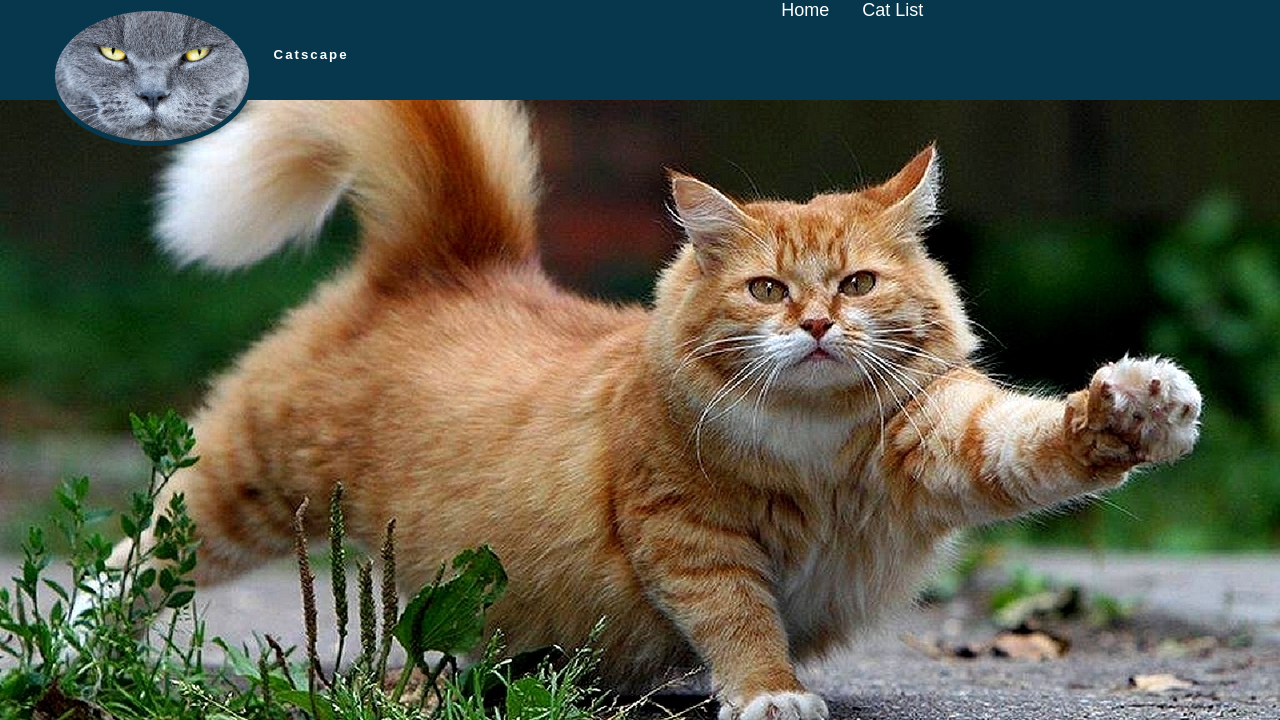
Repository: Jeith/node-exercises
Page: http://localhost/
The author's editor kept a copy of each file at every save. The page is drawn from the files as they stood at one save, then again after the next save.
The browser window is 1280 px wide. The pictures show the whole page.
The page is served by the project's Node server (app.js).

Above is the page before, as saved 2018-08-15 20:02:44.

### node_project/views/pages/index.ejs
<!DOCTYPE html>
<html lang="en">
<head>
    <meta charset="UTF-8">
    <meta name="viewport" content="width=device-width, initial-scale=1.0">
    <meta http-equiv="X-UA-Compatible" content="ie=edge">
    <style>
       body{
            margin: 0 0 0 0;
            background-size: cover;
            background-position: center;
            background-image: url('/images/indexbg.jpg');
            background-repeat: no-repeat;
            background-attachment: fixed;
        }
        a{
            color: white;
            text-decoration: none;
            vertical-align: middle;
            font-size: 18px;
            font-family: Arial, Helvetica, sans-serif;
            margin-right: 33px;
            top: 70px;
        }

        a:hover{
            color: #A1CD3A;
        }

        .name{
            margin-top: 300px;
            text-align: center;
            margin-left: 30%;
            margin-right: 30%;
            background-color: rgba(7, 55, 77, .5);
            align-content: center;
        }
        .name h1{
            font-size: 75px;
            color: #A1CD3A;
            font-family: Helvetica, arial, sans-serif;
            font-weight: 700;
            line-height: 75px;
        }

        .name h2{
            font-size: 30px;
            color: white;
            font-family: Helvetica, arial, sans-serif;
            font-weight: 500;
        }
    </style>
    <title>Document</title>
</head>
<body>
        <% include ../partials/header.ejs %>
</body>
</html>

### node_project/views/partials/header.ejs
<header style="background-color: #07374D; height: 100px; display: flex; flex-direction: row; justify-content: space-between; flex-wrap: nowrap; width: 100%; z-index: 5; position: fixed;">
    <div style="display: flex; flex-direction: row;">
        <img src=<%= "/images/" + cat[id].photos[0] %> style="border: 5px solid #07374D; height: 130px; border-radius: 50%; margin-top:6px; margin-left: 50px; z-index: 5;">
        <div style="margin-top: 25px; color: white; vertical-align: center; width: 250px; font-family: 'Carme', Arial, Helvetica, sans-serif; margin-left: 20px;">
            <h5 style="letter-spacing: 2px;"><%= cat[id].name %></h5>
        </div>
    </div>
    <div style="display: flex; flex-direction: row; justify-content: flex-end;">
        <a href="http://localhost:8000/">Home</a>
        <a href="http://localhost:8000/catlist">Cat List</a>
        <a href=<%= "http://localhost:8000/cats/" + rand %>Random Cat</a>
    </div>
</header>

### node_project/app.js
let express = require('express');
let app = express();
let router = express.Router();
let data = require('./data/data.json');

app.set('view engine', 'ejs');
app.set('appData', data);

app.locals.siteTitle = "Cat Breeds"

app.use(express.static('public'));

app.get("/", (req, res, next) => {
    let dataFile = req.app.get("appData");
    var cat = data.breeds
    res.render('pages/index', {
        rand: Math.floor(Math.random * 2),
        cat: dataFile.breeds,
        id: 3
    });
});

app.get("/cats/:breedID", (req, res, next) => {
    var catId = req.params.breedID
    var cat = data.breeds
    console.log(catId)

    res.render('pages/cats', {
        cat: data.breeds,
        id: catId
    });
});

app.get("/catlist", (req, res, next) => {
    let dataFile = req.app.get("appData");
    var cat = data.breeds
    res.render('pages/catlist', {
        cat: dataFile.breeds,
        id: 3
    });
});

module.exports = router;

app.listen(8000, function () {
    console.log('Listening on port 8000');
});

### node_project/data/data.json
{
   "breeds":[
      {
         "name":"Persian",
         "imagename": "persian",
         "summary":"The Persian cat is a long-haired breed of cat characterized by its round face and short muzzle. It is also known as the Persian Longhair in the English-speaking countries.",
         "description":"<p>The Persian is the most popular pedigreed cat in North America, if not the world. He first came into vogue during the Victorian era, but he existed long before then. Little is known about his early history, though.  The Persian comes in two types: show and traditional. The show Persian has a round head enhanced with a thick ruff, small ears, a flat nose, big round copper eyes, a broad, short body with heavy boning atop short tree-trunk legs, and a thick, flowing plume of a tail. The traditional Persian, also known as the Doll Face, does not have the extreme features of the show Persian, and his nose is a normal length, giving him a sweet expression. Both types have a long, glamorous coat that comes in many colors and patterns, and both share the same wonderful personality.</p>",
         "photos":[
            "persian_01.jpg",
            "persian_02.jpg",
            "persian_03.jpg",
            "persian_04.jpg"
         ]
      },
      {
         "name":"Sphynx",
         "imagename": "sphynx",
         "summary":"The Sphynx cat is a breed of cat known for its lack of coat. It was developed through selective breeding, starting in the 1960s. The skin should have the texture of chamois, as it has fine hairs.",
         "description":"<p>The Sphynx cat is a breed of cat known for its lack of coat (fur). It was developed through selective breeding, starting in the 1960s. The skin should have the texture of chamois, as it has fine hairs. Whiskers may be present, either whole or broken, or may be totally absent. Their skin is the color that their fur would be, and all the usual cat markings (solid, point, van, tabby, tortie, etc.) may be found on the Sphynx cat's skin. Because they have no coat, they lose more body heat than coated cats. This makes them warm to the touch as well as heat-seeking.</p>",
         "photos":[
            "sphynx_01.jpg",
            "sphynx_02.jpg",
            "sphynx_03.jpg",
            "sphynx_04.jpg"
         ]
      },
      {
         "name":"Selkirk Rex",
         "imagename": "selkirk",
         "summary":"The Selkirk Rex is a breed of cat with highly curled hair.",
         "description":"<p>The Selkirk Rex is gentle and sociable. He is affectionate and likes to cuddle, making him a good choice for families with older children, other pets or frequent guests. Assuming he was well socialized as a kitten, he can be a good traveler and can make an excellent therapy cat. The Selkirk is by no means a couch potato, but he is more restful to live with than the Cornish or Devon Rex.</p>",
         "photos":[
            "selkirk_01.jpg",
            "selkirk_02.jpg",
            "selkirk_03.jpg",
            "selkirk_04.jpg"
         ]
      },
      {
      "name":"Catscape",
      "imagename": "persian",
      "summary":"The Persian cat is a long-haired breed of cat characterized by its round face and short muzzle. It is also known as the Persian Longhair in the English-speaking countries.",
      "description":"<p>The Persian is the most popular pedigreed cat in North America, if not the world. He first came into vogue during the Victorian era, but he existed long before then. Little is known about his early history, though.  The Persian comes in two types: show and traditional. The show Persian has a round head enhanced with a thick ruff, small ears, a flat nose, big round copper eyes, a broad, short body with heavy boning atop short tree-trunk legs, and a thick, flowing plume of a tail. The traditional Persian, also known as the Doll Face, does not have the extreme features of the show Persian, and his nose is a normal length, giving him a sweet expression. Both types have a long, glamorous coat that comes in many colors and patterns, and both share the same wonderful personality.</p>",
      "photos":[
         "background.jpg",
         "persian_02.jpg",
         "persian_03.jpg",
         "persian_04.jpg"
      ]
   }
]
}

After the next save:
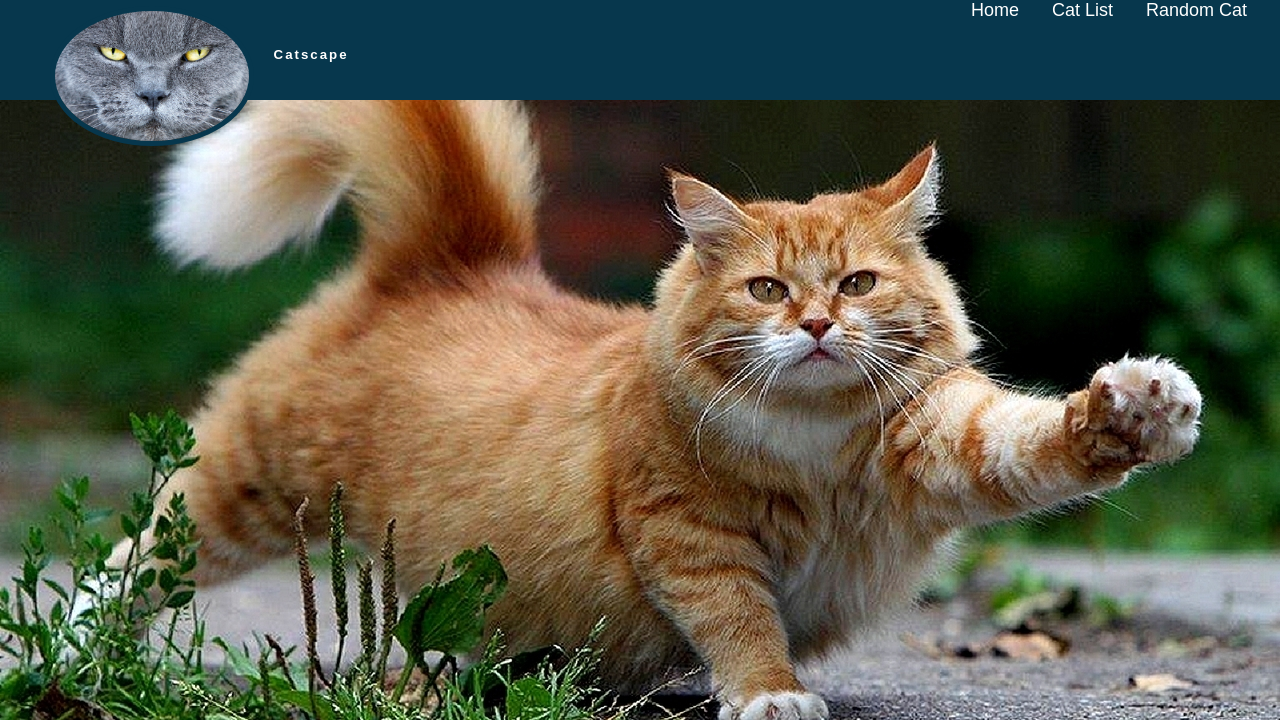
Saved 2 min 50 s later.
--- a/node_project/views/partials/header.ejs
+++ b/node_project/views/partials/header.ejs
@@ -8,6 +8,6 @@
     <div style="display: flex; flex-direction: row; justify-content: flex-end;">
         <a href="http://localhost:8000/">Home</a>
         <a href="http://localhost:8000/catlist">Cat List</a>
-        <a href=<%= "http://localhost:8000/cats/" + rand %>Random Cat</a>
+        <a href=<%= "http://localhost:8000/cats/" + rand %>>Random Cat</a>
     </div>
 </header>
